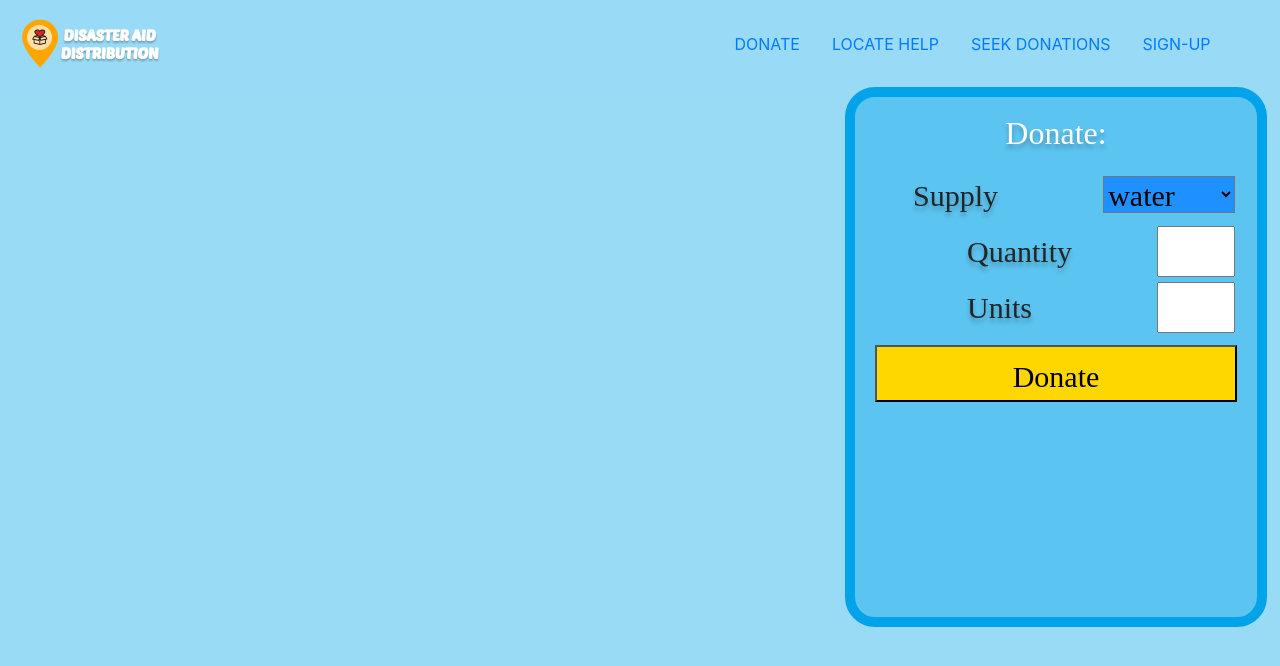
Repository: uprm-inso-4115-2019-2020-S2/semester-project-inso4115-DisasterAid-backend
Page: /donate-modal (app in disaster-aid/)
The author's editor kept a copy of each file at every save. The page is drawn from the files as they stood at one save, then again after the next save.
The browser window is 1280 px wide. The pictures show the whole page.
The project was rebuilt for these pictures with package versions that can differ from the ones it lists, and the page was loaded fresh each time. Also part of the build but not shown: disaster-aid/angular.json, disaster-aid/src/app/login/login.component.ts, disaster-aid/src/app/register/register.component.ts, disaster-aid/src/app/home/home.component.ts, disaster-aid/src/app/landing-page/landing-page.component.ts, disaster-aid/src/app/donations/donations.component.ts, disaster-aid/src/app/donations.service.ts.

Above is the page before, as saved 2020-05-09 02:11:45.

### disaster-aid/src/index.html
<!doctype html>
<html lang="en">
<head>
  <meta charset="utf-8">
  <title>DisasterAid</title>
  <base href="/">
  <meta name="viewport" content="width=device-width, initial-scale=1">
  <link rel="icon" type="image/x-icon" href="favicon.ico">
</head>
<body>
  <app-root></app-root>
</body>
</html>

### disaster-aid/src/styles.css
/* You can add global styles to this file, and also import other style files */

html { background-color:rgba(2, 163, 232, 0.4); }

### disaster-aid/src/app/app.module.ts
import { BrowserModule } from '@angular/platform-browser';
import { NgModule } from '@angular/core';
import { FormsModule, ReactiveFormsModule } from '@angular/forms';



import { AppRoutingModule } from './app-routing.module';
import { AppComponent } from './app.component';
import { RegisterComponent } from './register/register.component';
import { LoginComponent } from './login/login.component';
import { HttpClientModule } from '@angular/common/http';
import { HomeComponent } from './home/home.component'
import { UserApiService } from './userapi.service';
import { LandingPageComponent } from './landing-page/landing-page.component';
import { DonationsComponent } from './donations/donations.component';
import { DonateModalComponent } from './donate-modal/donate-modal.component';


@NgModule({
  declarations: [
    AppComponent,
    RegisterComponent,
    LoginComponent,
    HomeComponent,
    LandingPageComponent,
    DonationsComponent,
    DonateModalComponent,
  ],
  imports: [
    BrowserModule,
    AppRoutingModule,
    FormsModule,
    ReactiveFormsModule,
    HttpClientModule
  ],
  providers: [UserApiService],
  bootstrap: [AppComponent]
})
export class AppModule { }

### disaster-aid/src/app/app-routing.module.ts
import { NgModule } from '@angular/core';
import { Routes, RouterModule } from '@angular/router';
import {LoginComponent} from './login/login.component';
import { RegisterComponent } from './register/register.component';
import { HomeComponent } from './home/home.component';
import { LandingPageComponent } from './landing-page/landing-page.component';
import { DonationsComponent } from './donations/donations.component';
import { DonateModalComponent} from './donate-modal/donate-modal.component';


const routes: Routes = [
  { path: '', redirectTo: '/landing_page', pathMatch: 'full'}, //Make home the default landing page
  { path: 'register', component: RegisterComponent},
  { path: 'login', component: LoginComponent },
  { path: 'home', component: HomeComponent},
  { path: 'landing_page', component: LandingPageComponent },
  { path: 'my-donations', component: DonationsComponent },
  { path: 'donate-modal', component: DonateModalComponent},

];

@NgModule({
  imports: [RouterModule.forRoot(routes)],
  exports: [RouterModule]
})
export class AppRoutingModule { }

### disaster-aid/src/app/app.component.ts
import { Component } from '@angular/core';

@Component({
  selector: 'app-root',
  templateUrl: './app.component.html',
  styleUrls: ['./app.component.css']
})
export class AppComponent {
  title = 'disaster-aid';
}

### disaster-aid/src/app/userapi.service.ts
import { Injectable } from '@angular/core';
import { HttpClient, HttpErrorResponse, HttpHeaders } from '@angular/common/http';
import { User } from './user';
import { Observable, throwError } from 'rxjs';
import { catchError } from 'rxjs/operators';


@Injectable({
  providedIn: 'root'
})
export class UserApiService {

  constructor(private httpClient:HttpClient) { }

  private _handleError(error: HttpErrorResponse | any) {
    let data = {};
                data = {
                    reason: error && error.error.reason ? error.error.reason : '',
                    status: error.status
                };
                console.error(data);
                return throwError(error);
  }

    public server:String = " http://localhost:5000/";

   public getUsers() : Observable<User[]> {
     return this.httpClient
     .get<User[]>(this.server + "DAD/users")
     .pipe(catchError (this._handleError));
   }

   public getUser(userID : String): Observable<User> {
    return this.httpClient
    .get<User>(this.server + `DAD/users/${userID}`)
    .pipe(catchError (this._handleError));
  }

  public createUser(user: User): Observable<any> {

    const httpOptions = {
      headers: new HttpHeaders ({
        'Content-Type':'application/json',
        'Accept': 'application/json'
      })
    };
    return this.httpClient
    .post(this.server + "DAD/users", user, httpOptions)
    .pipe(catchError (this._handleError));;
  }


}

### disaster-aid/src/app/donate-modal/donate-modal.component.ts
import { Component, OnInit } from '@angular/core';

@Component({
  selector: 'app-donate-modal',
  templateUrl: './donate-modal.component.html',
  styleUrls: ['./donate-modal.component.css']
})
export class DonateModalComponent implements OnInit {

  constructor() { }

  ngOnInit(): void {
  }

}

### disaster-aid/src/app/donate-modal/donate-modal.component.html
<nav class="navbar navbar-light" style="background-color: rgba(2, 163, 232, 0.4);">
    <a class="navbar-brand mr-1" href="#"><img src="/assets/DAD_logo.png" style="width: 50%;"></a>
    <ul class="nav navbar-justified navbar-right ml-auto" style="margin-right: 3%;">
        <li class="nav-item">
            <a class="nav-link menuItem" routerLink="/my-donations"  >DONATE</a>
        </li>
        <li class="nav-item">
            <a class="nav-link menuItem"  href="#">LOCATE HELP</a>
        </li>
        <li class="nav-item">
            <a class="nav-link menuItem" href="#">SEEK DONATIONS</a>
        </li>
        <li class="nav-item">
            <a class="nav-link menuItem"  routerLink="/register" routerLinkActive="active">SIGN-UP</a>
        </li>
    </ul>
</nav>

<div class="donateBox">
    <p style="font-size: xx-large; text-align: center; padding-top: 3%; color: white;">Donate:</p>
    <!-- <form [formGroup]="loginForm" (ngSubmit)="onSubmit(loginForm.value)"> -->
        <div style="text-align: right; padding-right: 22px;">
            <div>
                <label for="Supply" style=" width:50%; text-align:left;">Supply</label>
                <select id="supply" name="supply" class="select">
                    <option value="water">water</option>
                    <option value="food">food</option>
                    <option value="medicine">medicine</option>
                    <option value="clothing">clothing</option>

                </select>
            </div>
            <div>
                <label for="quantity" style="width:50%; text-align:left;">Quantity</label>
                <input type="number" id="quantity" name="quantity" min="1" max="5">
            </div>
            <div>
                <label for="units" style="width:50%; text-align:left;">Units</label>
                <input type="number" id="quantity" name="quantity" min="1" max="5">
            </div>
        </div>

        <div style="text-align: center;  padding-top: 7px;">
            <button class="donateButton" type="submit">Donate</button>
        </div>
    <!-- </form> -->

    <!-- <div style="text-align: center; padding-top: 5px; font-size: large;">
        <label style="color: white; padding-right: 5px;">Don't have an account?</label>
        <a routerLink="/register" routerLinkActive="active" style="color:#FFBC40 ;">Sign up</a>
    </div> -->

</div>

### disaster-aid/src/app/donate-modal/donate-modal.component.css
.donateBox {
    position: absolute;
    width: 33%;
    height: 75%;
    left: 66%;
    /* right: 10%;
    top: 10%; */

    background: rgba(2, 163, 232, 0.4);
    border: 10px solid #02A3E8;
    border-radius: 30px;
    font-family: 'Fredoka One', cursive;
    font-family: 'Gochi Hand', cursive;
    text-shadow: 0px 4px 4px rgba(0, 0, 0, 0.25);
    font-size: 30px;
}


.donateButton{
    text-align: center;
    padding-top: 7px;
    background: gold;
    width: 90%;
    /* font-size:30px */
}

.select{
    background-color: dodgerblue;
    /* display: none; */
    position: relative;
    font-family: 'Gochi Hand', cursive;
}

Loaded but not shown: disaster-aid/src/main.ts (common file); disaster-aid/src/environments/environment.ts (common file); disaster-aid/src/app/app.component.html (common file); disaster-aid/src/app/app.component.css (no stored copy; drawn as an empty file)

After the next save:
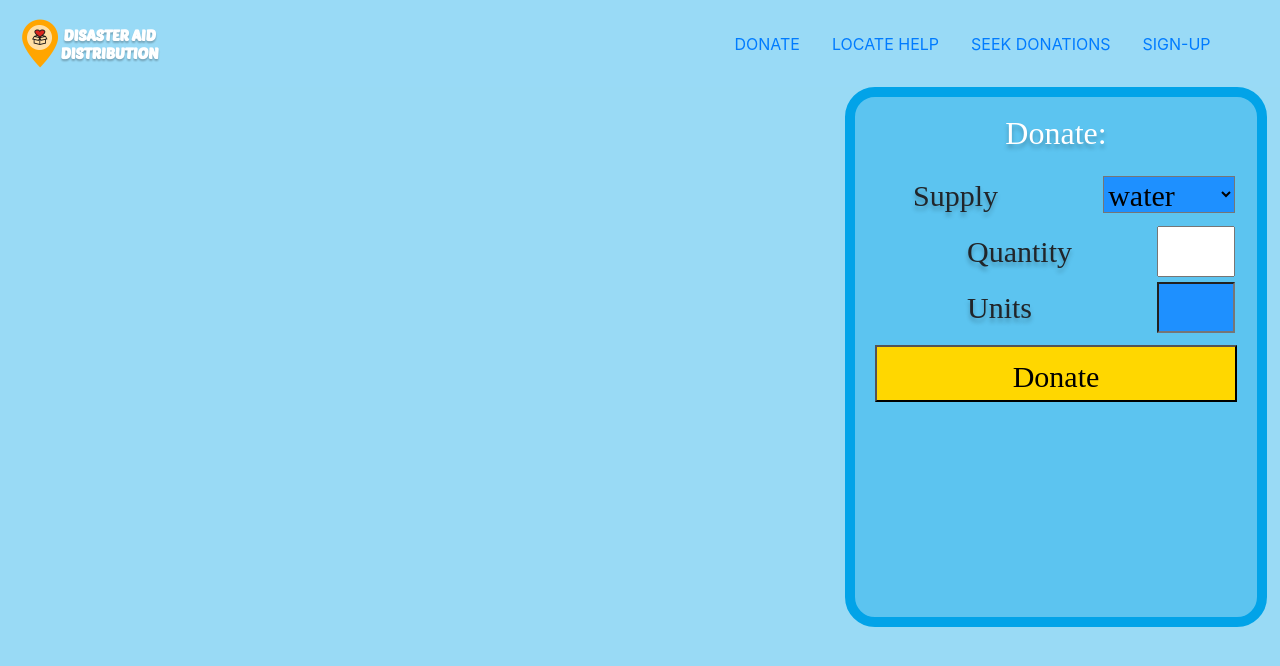
Saved 31 s later.
--- a/disaster-aid/src/app/donate-modal/donate-modal.component.html
+++ b/disaster-aid/src/app/donate-modal/donate-modal.component.html
@@ -36,7 +36,7 @@
             </div>
             <div>
                 <label for="units" style="width:50%; text-align:left;">Units</label>
-                <input type="number" id="quantity" name="quantity" min="1" max="5">
+                <input type="number" class="select" id="quantity" name="quantity" min="1" max="5">
             </div>
         </div>
 
